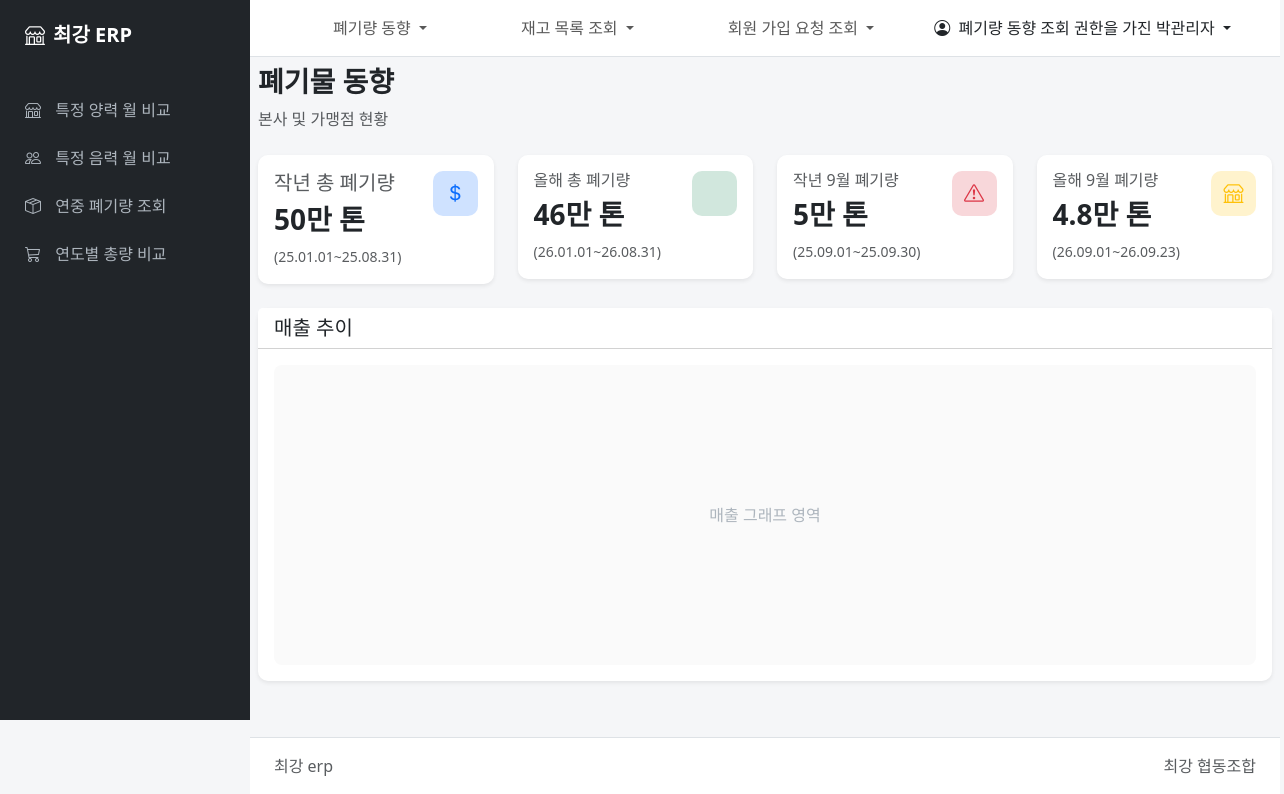
Repository: nojong99/kosta
Page: 32_MVCModel2/src/main/webapp/wasteTrends.html
These files come from the project's save history. The page is drawn as it stood at one moment and after the next save; the edit follows.
The browser window is 1280 px wide. The page is 1284 px wide, so the pictures cover 1284 px, including what lies to the right of the window. The pictures show the whole page.

Above is the page before, as saved 2026-09-23 04:18:54.

### 32_MVCModel2/src/main/webapp/wasteTrends.html
<!DOCTYPE html>
<html lang="ko">

<head>
<meta charset="UTF-8">
<meta name="viewport" content="width=device-width, initial-scale=1">

<title>최강 ERP</title>

<link
	href="https://cdn.jsdelivr.net/npm/bootstrap@5.3.8/dist/css/bootstrap.min.css"
	rel="stylesheet">
<link rel="stylesheet"
	href="https://cdn.jsdelivr.net/npm/bootstrap-icons@1.13.1/font/bootstrap-icons.min.css">
<link rel="stylesheet" href="css/wasteTrends.css">


</head>


<body>

	<div class="sidebar">

		<div class="logo">

			<i class="bi bi-shop me-2"></i> <span>최강 ERP</span>

		</div>


		<ul class="nav flex-column mt-3">


			<li class="nav-item"><a class="nav-link" href="#"> <i
					class="bi bi-shop"></i> <span>특정 양력 월 비교</span>

			</a></li>

			<li class="nav-item"><a class="nav-link" href="#"> <i
					class="bi bi-people"></i> <span>특정 음력 월 비교</span>

			</a></li>

			<li class="nav-item"><a class="nav-link" href="#"> <i
					class="bi bi-box-seam"></i> <span>연중 폐기량 조회</span>

			</a></li>

			<li class="nav-item"><a class="nav-link" href="#"> <i
					class="bi bi-cart3"></i> <span>연도별 총량 비교</span>

			</a></li>



		</ul>

	</div>

	<div class="main">

		<nav class="navbar navbar-expand-lg bg-white border-bottom px-4">

			<div class="container-fluid">
				<ul class="navbar-nav flex-grow-1 mb-2 mb-lg-0">

					<li class="nav-item dropdown flex-fill text-center"><a
						class="nav-link dropdown-toggle" href="#" role="button"
						data-bs-toggle="dropdown"> 폐기량 동향 </a>

						<ul class="dropdown-menu">

							<li><a class="dropdown-item" href="#"> </a></li>

						</ul></li>

					<li class="nav-item dropdown flex-fill text-center"><a
						class="nav-link dropdown-toggle" href="#" role="button"
						data-bs-toggle="dropdown"> 재고 목록 조회 </a>
						<ul class="dropdown-menu">

							<li><a class="dropdown-item" href="#"> </a></li>

						</ul></li>
					<li class="nav-item dropdown flex-fill text-center"><a
						class="nav-link dropdown-toggle" href="#" role="button"
						data-bs-toggle="dropdown"> 회원 가입 요청 조회 </a>

						<ul class="dropdown-menu">

							<li><a class="dropdown-item" href="#"> </a></li>

						</ul></li>



				</ul>

				<div class="dropdown">

					<button class="btn dropdown-toggle" data-bs-toggle="dropdown">

						<i class="bi bi-person-circle me-1"></i> 폐기량 동향 조회 권한을 가진 박관리자

					</button>


					<ul class="dropdown-menu dropdown-menu-end">

						<li><a class="dropdown-item" href="#"> 프로필 </a></li>

						<li><a class="dropdown-item" href="#"> 설정 </a></li>

						<li>
							<hr class="dropdown-divider">
						</li>

						<li><a class="dropdown-item" href="#"> 로그아웃 </a></li>

					</ul>

				</div>

			</div>

		</nav>


		<main class="container-fluid p-2">

			<div class="mb-4">

				<h3 class="fw-bold">폐기물 동향</h3>

				<p class="text-muted mb-0">본사 및 가맹점 현황</p>

			</div>

			<div class="row g-4 mb-4">
				<div class="col-12 col-sm-6 col-xl-3">

					<div class="card dashboard-card shadow-sm">

						<div class="card-body">

							<div class="d-flex justify-content-between">

								<div>

									<h5 class="text-muted">
										작년 총 폐기량
										</h5>

										<h3 class="fw-bold">50만 톤</h3>
								</div>


								<div class="dashboard-icon bg-primary-subtle text-primary">

									<i class="bi bi-currency-dollar"></i>

								</div>

							</div>

							<small class="text-muted"> (25.01.01~25.08.31) </small>

						</div>

					</div>

				</div>

				<div class="col-12 col-sm-6 col-xl-3">

					<div class="card dashboard-card shadow-sm">

						<div class="card-body">

							<div class="d-flex justify-content-between">

								<div>

									<h6 class="text-muted">올해 총 폐기량</h6>

									<h3 class="fw-bold">46만 톤</h3>

								</div>


								<div class="dashboard-icon bg-success-subtle text-success">

								</div>

							</div>

							<small class="text-muted"> (26.01.01~26.08.31) </small>

						</div>

					</div>

				</div>

				<div class="col-12 col-sm-6 col-xl-3">

					<div class="card dashboard-card shadow-sm">

						<div class="card-body">

							<div class="d-flex justify-content-between">

								<div>

									<h6 class="text-muted">작년 9월 폐기량</h6>

									<h3 class="fw-bold">5만 톤</h3>

								</div>


								<div class="dashboard-icon bg-danger-subtle text-danger">

									<i class="bi bi-exclamation-triangle"></i>

								</div>

							</div>

							<small class="text-muted"> (25.09.01~25.09.30) </small>

						</div>

					</div>

				</div>

				<div class="col-12 col-sm-6 col-xl-3">

					<div class="card dashboard-card shadow-sm">

						<div class="card-body">

							<div class="d-flex justify-content-between">

								<div>

									<h6 class="text-muted">올해 9월 폐기량</h6>

									<h3 class="fw-bold">4.8만 톤</h3>

								</div>


								<div class="dashboard-icon bg-warning-subtle text-warning">

									<i class="bi bi-shop"></i>

								</div>

							</div>

							<small class="text-muted"> (26.09.01~26.09.23) </small>

						</div>

					</div>

				</div>

			</div>



			<!-- ==================================================
             2. 매출 / 재고
        ================================================== -->

			<div class="row g-4 mb-4">


				<!-- 매출 그래프 -->

				<div class="col-12">

					<div class="card dashboard-card shadow-sm">

						<div class="card-header bg-white">

							<h5 class="mb-0">매출 추이</h5>

						</div>

						<div class="card-body">

							<div class="chart-area">

								<span> 매출 그래프 영역 </span>

							</div>

						</div>

					</div>

				</div>
		</main>



		<!-- ==================================================
         FOOTER
    ================================================== -->

		<footer class="py-3 mt-4 bg-white border-top">

			<div class="container-fluid px-4">

				<div class="d-flex justify-content-between">

					<span class="text-muted"> 최강 erp </span> <span class="text-muted">
						최강 협동조합 </span>

				</div>

			</div>

		</footer>


	</div>



	<!-- Bootstrap 5 JS -->

	<script
		src="https://cdn.jsdelivr.net/npm/bootstrap@5.3.8/dist/js/bootstrap.bundle.min.js">

	</script>


</body>

</html>

### 32_MVCModel2/src/main/webapp/css/wasteTrends.css
@charset "UTF-8";


body {
    background-color: #f5f6f8;
}

/* 사이드바 */
.sidebar {
    width: 250px;
    min-height: 100vh;
    background-color: #212529;
    position: fixed;
    left: 0;
    top: 0;
}

.sidebar .logo {
    height: 70px;
    display: flex;
    align-items: center;
    padding: 0 25px;
    font-size: 20px;
    font-weight: bold;
    color: white;
}

.sidebar .nav-link {
    color: #adb5bd;
    padding: 12px 25px;
}
.navbar .dropdown:hover > .dropdown-menu {
    display: block;
}
.navbar .dropdown-menu {
    margin-top: 0;
}


.sidebar .nav-link:hover,
.sidebar .nav-link.active {
    color: white;
    background-color: #343a40;
}

.sidebar .nav-link i {
    margin-right: 10px;
}

/* 메인 */
.main {
    margin-left: 250px;
    min-height: 100vh;
}

/* 상단바 */
.topbar {
    height: 70px;
    background-color: white;
    border-bottom: 1px solid #dee2e6;
}

/* 카드 */
.dashboard-card {
    border: none;
    border-radius: 10px;
}

.dashboard-icon {
    width: 45px;
    height: 45px;
    border-radius: 10px;

    display: flex;
    align-items: center;
    justify-content: center;

    font-size: 20px;
}

/* 차트 영역 */
.chart-area {
    height: 300px;

    display: flex;
    align-items: center;
    justify-content: center;

    color: #adb5bd;
    background-color: #fafafa;
    border-radius: 8px;
}

/* 빈 데이터 */
.empty-data {
    height: 150px;

    display: flex;
    align-items: center;
    justify-content: center;

    color: #adb5bd;
}

@media (max-width: 768px) {

    .sidebar {
        width: 70px;
    }

    .sidebar .logo span,
    .sidebar .nav-link span {
        display: none;
    }

    .sidebar .nav-link {
        text-align: center;
        padding: 15px 0;
    }

    .sidebar .nav-link i {
        margin: 0;
    }

    .main {
        margin-left: 70px;
    }

}

After the next save:
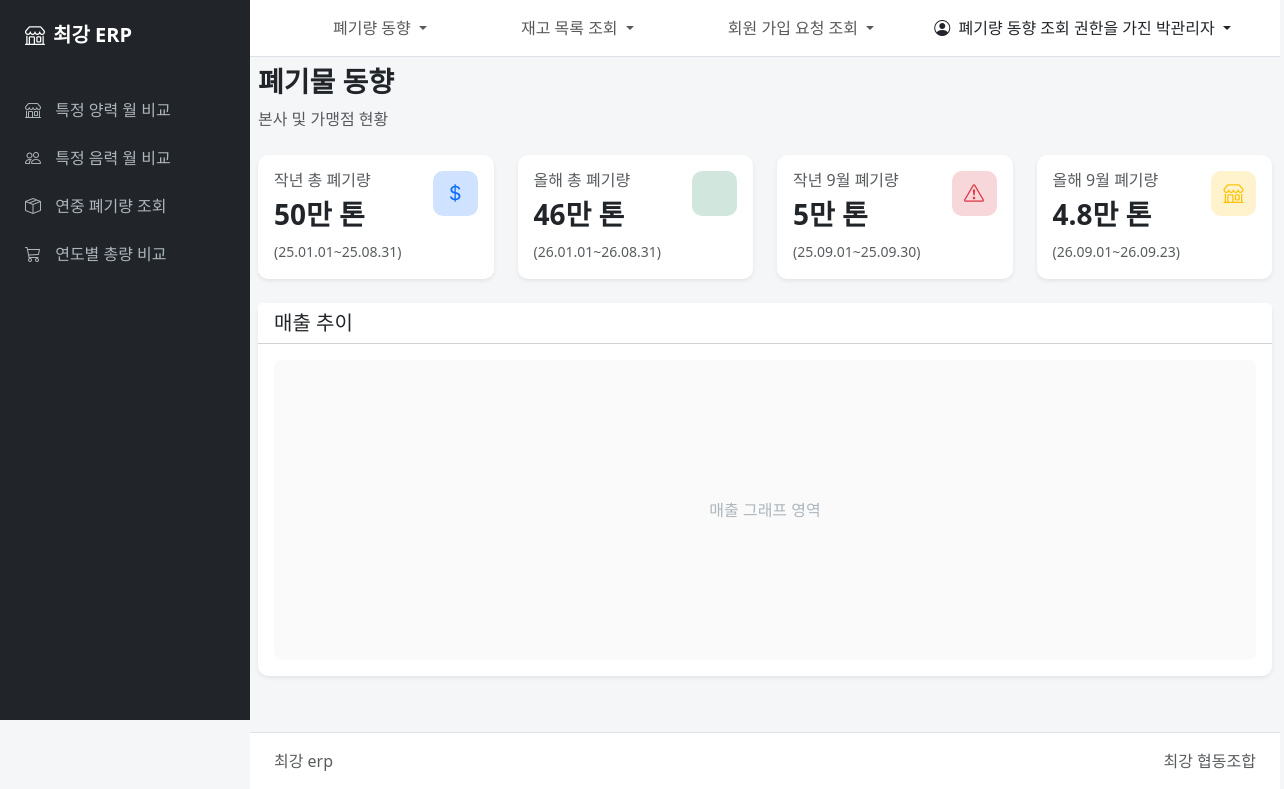
Saved 13 s later.
--- a/32_MVCModel2/src/main/webapp/wasteTrends.html
+++ b/32_MVCModel2/src/main/webapp/wasteTrends.html
@@ -148,9 +148,9 @@
 
 								<div>
 
-									<h5 class="text-muted">
+									<h6 class="text-muted">
 										작년 총 폐기량
-										</h5>
+										</h6>
 
 										<h3 class="fw-bold">50만 톤</h3>
 								</div>
